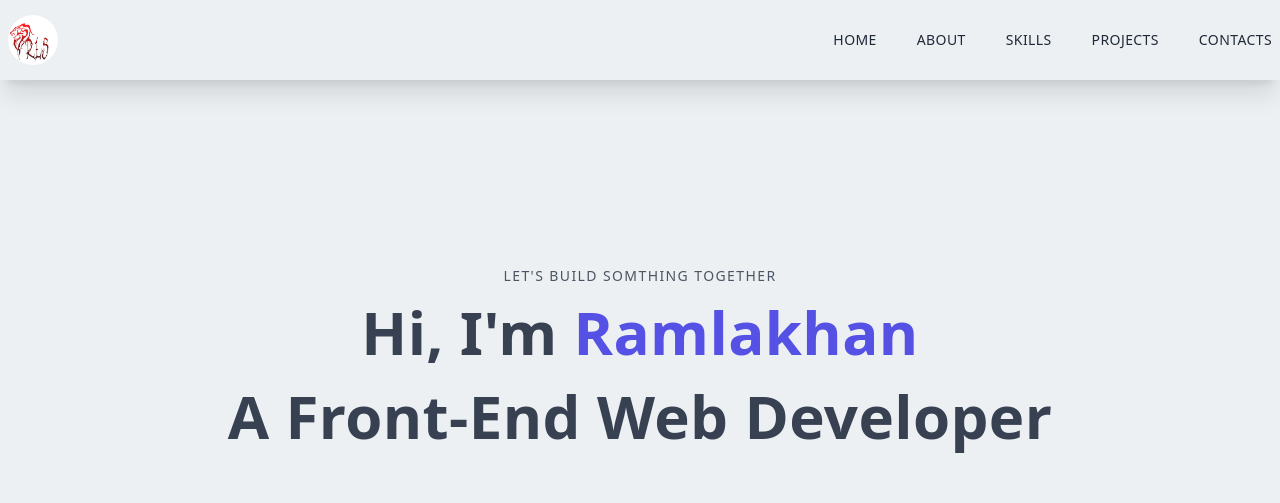
Repository: ram2642/portfolio-using-next-js
Page: /
These files come from the project's save history. The page is drawn as it stood at one moment and after a run of saves; the edit follows.
The browser window is 1280 px wide. The pictures show the whole page.
The project was rebuilt for these pictures with package versions that can differ from the ones it lists, and the page was loaded fresh each time. The framework's server and built-in components were replaced by stand-ins that run in the browser. Also part of the build but not shown: next.config.js.

Above is the page before, as saved 2022-09-04 01:54:02.

After the next 8 saves:
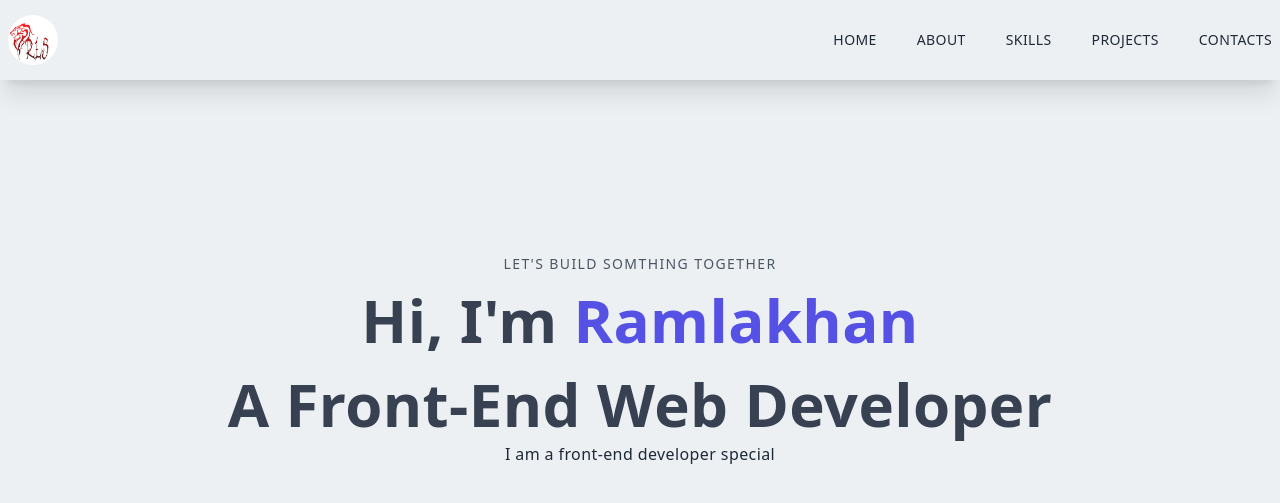
The 8 saves are shown as one change because they came seconds apart.
The last was saved 34 s later.
--- a/components/Main.jsx
+++ b/components/Main.jsx
@@ -13,7 +13,7 @@ const Main = () => {
         A Front-End Web Developer
       </h1>
       <p>
-
+        I am a front-end developer special
       </p>
     </div>
 
